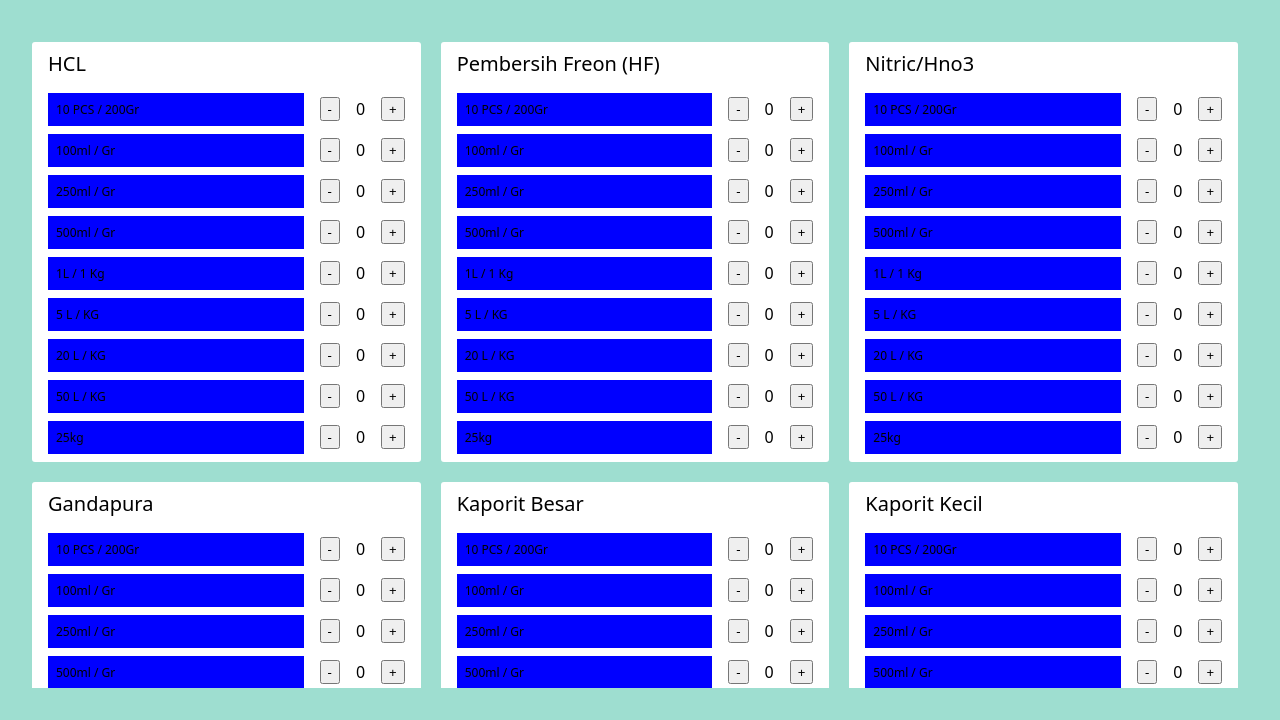
Repository: zuraniumlab-design/upstock-amsk
Page: /
These files come from the project's save history. The page is drawn as it stood at one moment and after the next save; the edit follows.
The browser window is 1280 px wide. The pictures show the whole page.
An inner scrolling area shows only its first screen. The project was rebuilt for these pictures with package versions that can differ from the ones it lists, and the page was loaded fresh each time. Also part of the build but not shown: vite.config.js.

Above is the page before, as saved 2026-06-18 16:53:32.

### index.html
<!doctype html>
<html lang="en">
  <head>
    <meta charset="UTF-8" />
    <link rel="icon" type="image/svg+xml" href="/favicon.svg" />
    <meta name="viewport" content="width=device-width, initial-scale=1.0" />
    <meta name="author" content="muhammad hakim ilahi">
    <title>UpStock</title>
  </head>
  <body>
    <div id="root"></div>
    <script type="module" src="/src/main.jsx"></script>
  </body>
</html>

### src/main.jsx
import { StrictMode } from 'react'
import { createRoot } from 'react-dom/client'
import './index.css'
import App from './App.jsx'
import { RouterProvider } from 'react-router-dom'
import router from './router.jsx'

createRoot(document.getElementById('root')).render(
  <RouterProvider router={router}></RouterProvider>
)

### src/index.css
* {
  box-sizing: border-box;
  font-family: system-ui, -apple-system, BlinkMacSystemFont, 'Segoe UI', Roboto, Oxygen, Ubuntu, Cantarell, 'Open Sans', 'Helvetica Neue', sans-serif;
}

body {
  margin: 0;
}

div {
  display: flex;
}

### src/router.jsx
import { createBrowserRouter } from "react-router-dom";
import App from "./App";


const router = createBrowserRouter([
  {
    element: <App />,
    path: '/'
  }
])

export default router

### src/App.module.css
.container {
  background-color: #9eded0;
  height: 100vh;
  width: 100vw;
  padding: 2rem;
}

/*? SIDEBAR START */
.sidebar {

}
/*? SIDEBAR END */

.content {
  height: calc(100vh - 4rem);
  width: 100%;
  overflow: hidden;
  position: relative;
  flex-direction: column;
}

.head {
  height: 10px;
}

.items {
  height: 100%;
  width: calc(100vw - 4rem);
  padding-right: 10px;
  overflow-y: auto;
  overflow-x: hidden;
  gap: 20px;
  flex-wrap: wrap;
}
.item {
  background-color: #fff;
  padding: 0.5rem 1rem;
  border-radius: 3px;
  width: fit-content;
  min-width: 30vw;
  flex-direction: column;
  justify-content: space-between;
  flex: 1;
  gap: 1rem;
}

.product {
  font-size: 20px;
}

.weights {
  justify-content: space-between;
  gap: 0.5rem;
  flex-direction: column;
  flex: 1;
}

.weight {
  gap: 1rem;
}

.display {
  flex: 1;
  background-color: blue;
  font-size: 12px;
  align-items: center;
  padding: 0.5rem;
}

.stock {
  align-items: center;
  justify-content: center;
  gap: 1rem;
}

Loaded but not shown: src/App.jsx (1552 lines, source omitted)

After the next save:
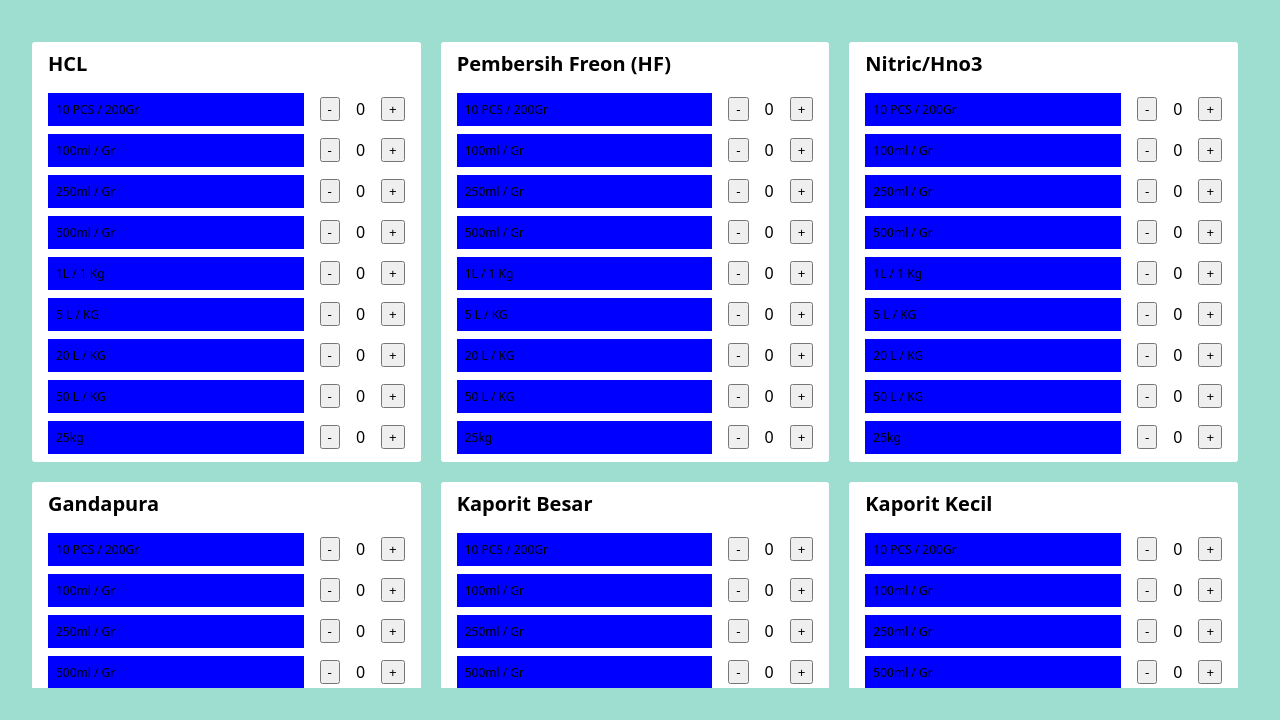
Saved 4 s later.
--- a/src/App.module.css
+++ b/src/App.module.css
@@ -46,6 +46,7 @@
 
 .product {
   font-size: 20px;
+  font-weight: bold;
 }
 
 .weights {
